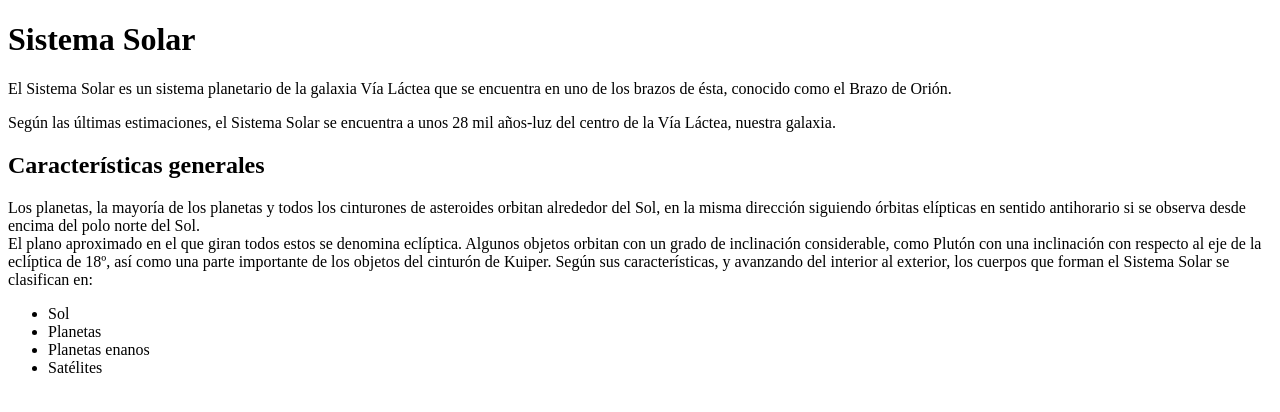
Repository: gustavomanfre/Curso_Front_End_Digitalers
Page: Unidad1/M1 - Laboratorio_02/index.html
The author's editor kept a copy of each file at every save. The page is drawn from the files as they stood at one save, then again after the next save.
The browser window is 1280 px wide. The pictures show the whole page.

Above is the page before, as saved 2022-05-25 21:05:09.

After the next save:
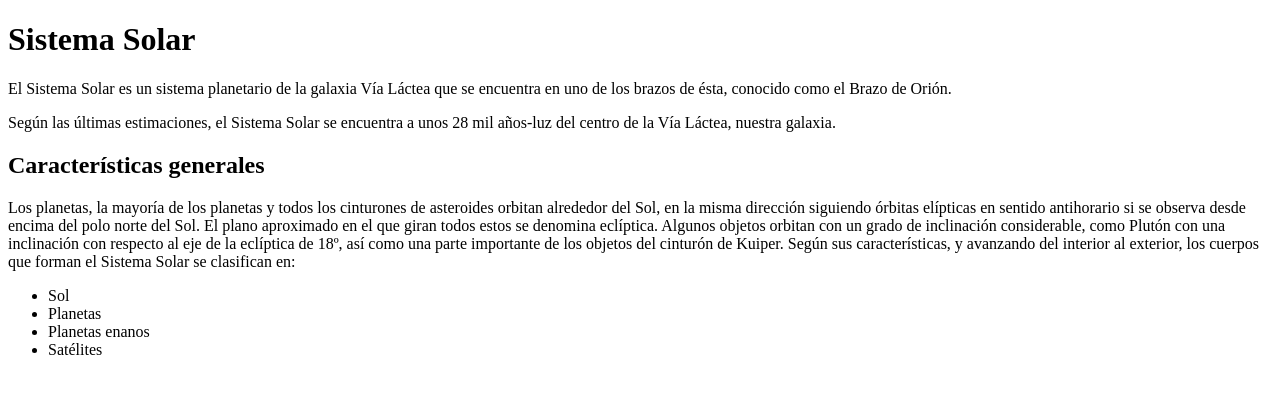
Saved 14 s later.
--- a/Unidad1/M1 - Laboratorio_02/index.html
+++ b/Unidad1/M1 - Laboratorio_02/index.html
@@ -21,7 +21,7 @@
         <section>
             <p>
                 Los planetas, la mayoría de los planetas y todos los cinturones de asteroides orbitan alrededor del Sol, en la misma dirección
-                siguiendo órbitas elípticas en sentido antihorario si se observa desde encima del polo norte del Sol. <br>
+                siguiendo órbitas elípticas en sentido antihorario si se observa desde encima del polo norte del Sol.
 
                 El plano aproximado en el que giran todos estos se denomina eclíptica. Algunos objetos orbitan con un grado de inclinación
                 considerable, como Plutón con una inclinación con respecto al eje de la eclíptica de 18º, así como una parte importante de los
